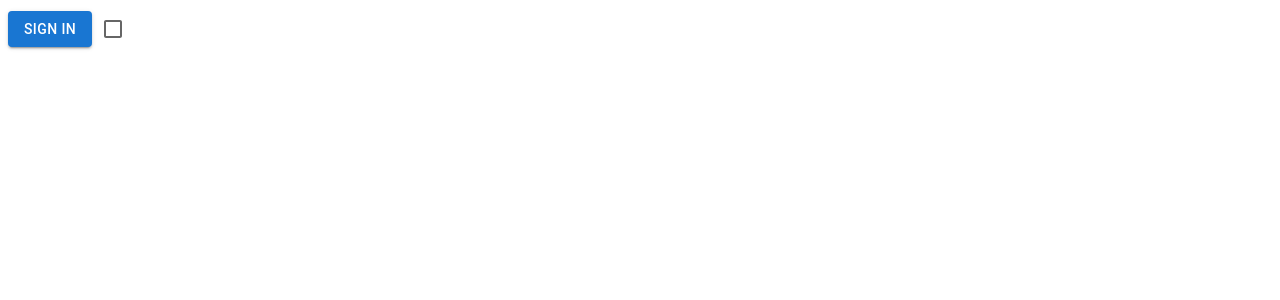
Repository: namphextra/portfolio
Page: /login
These files come from the project's save history. The page is drawn as it stood at one moment and after a run of saves; the edit follows.
The browser window is 1280 px wide. The pictures show the whole page.
The page's requests for data from a server got no answer. The project was rebuilt for these pictures with package versions that can differ from the ones it lists, and the page was loaded fresh each time. The framework's server and built-in components were replaced by stand-ins that run in the browser. No one was signed in, and anything a server would have sent is missing. Also part of the build but not shown: next.config.js.

Above is the page before, as saved 2023-02-09 16:01:41.

After the next 2 saves:
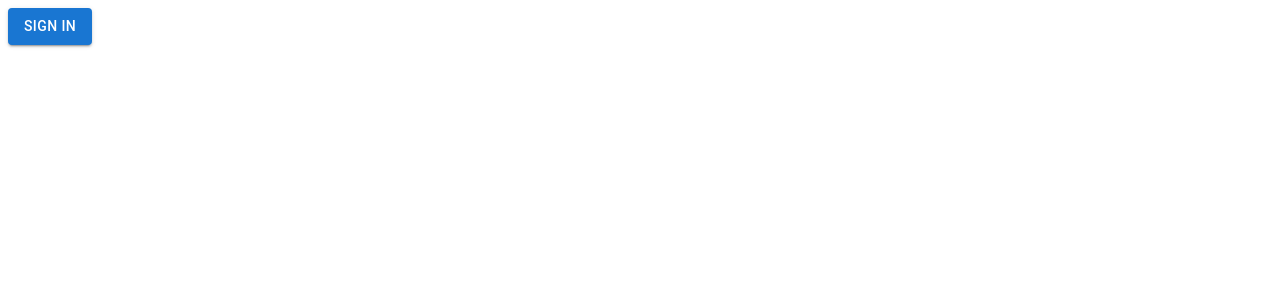
The 2 saves are shown as one change because they came seconds apart.
The last was saved 5 min 8 s later.
--- a/src/app/login/page.tsx
+++ b/src/app/login/page.tsx
@@ -1,12 +1,11 @@
 "use client";
 import Image from "next/image";
-import { Button, Checkbox } from "@mui/material";
+import { Button } from "@mui/material";
 import { signIn, useSession, signOut } from "next-auth/react";
 import { useState } from "react";
 
 export default function Login() {
   const { data: session } = useSession();
-  const [showComponent, setShowComponent] = useState(false);
   return (
     <div className="admin">
       {session && (
@@ -30,10 +29,6 @@ export default function Login() {
           Log out
         </Button>
       )}
-      <Checkbox
-        checked={showComponent}
-        onChange={() => setShowComponent(!showComponent)}
-      />
     </div>
   );
 }
